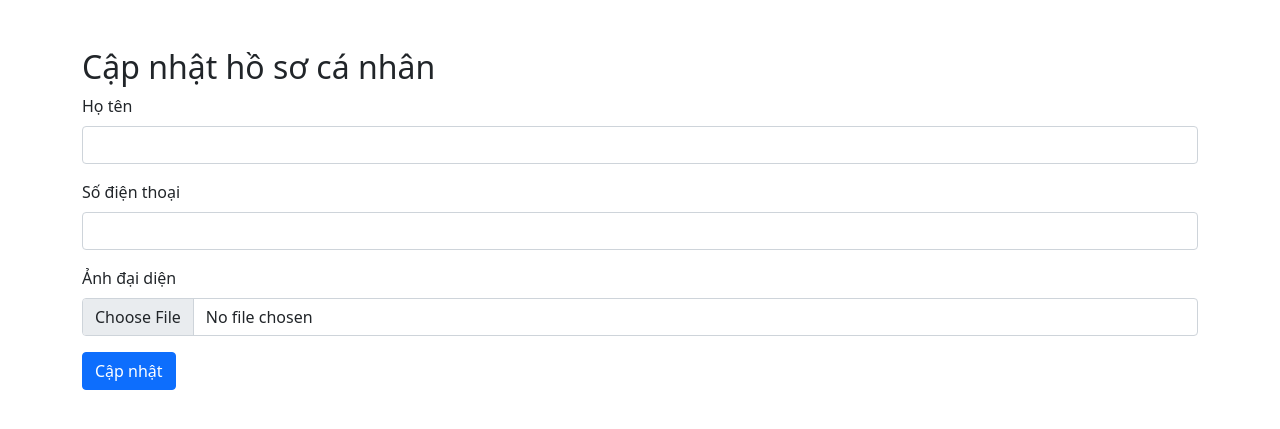
Repository: Carwyn1101/NguyenDinhHongPhuc_22133041
Page: http://localhost/LapTrinhWeb/views/profile.jsp
An editor plug-in stored every save of this project. The page is shown before and after the next save, followed by the edit.
The browser window is 1280 px wide. The pictures show the whole page.
The page is served by Tomcat 10. Nobody is signed in. The application's start-up code is not run. Other server files are loaded and not shown.

Above is the page before, as saved 2024-09-22 06:15:03.

### LapTrinhWeb/src/main/webapp/views/profile.jsp
<%@ page language="java" contentType="text/html; charset=UTF-8"
    pageEncoding="UTF-8"%>
<%@ taglib prefix="c" uri="http://java.sun.com/jsp/jstl/core"%>
<!DOCTYPE html>
<html>
<head>
    <meta charset="UTF-8">
    <title>Chỉnh sửa hồ sơ</title>
    <link href="https://cdn.jsdelivr.net/npm/bootstrap@5.0.2/dist/css/bootstrap.min.css" rel="stylesheet">
</head>
<body>
    <div class="container mt-5">
        <h2>Cập nhật hồ sơ cá nhân</h2>
        <form action="${pageContext.request.contextPath}/profile" method="post" enctype="multipart/form-data">
            <div class="mb-3">
                <label for="fullname" class="form-label">Họ tên</label>
                <input type="text" class="form-control" id="fullname" name="fullname" value="${user.fullname}" required>
            </div>
            <div class="mb-3">
                <label for="phone" class="form-label">Số điện thoại</label>
                <input type="text" class="form-control" id="phone" name="phone" value="${user.phone}" required>
            </div>
            <div class="mb-3">
                <label for="image" class="form-label">Ảnh đại diện</label>
                <input type="file" class="form-control" id="image" name="image">
                <c:if test="${user.image != null}">
                    <img src="${pageContext.request.contextPath}/uploads/${user.image}" width="150" class="mt-3">
                </c:if>
            </div>
            <button type="submit" class="btn btn-primary">Cập nhật</button>
        </form>
    </div>
</body>
</html>

After the next save:
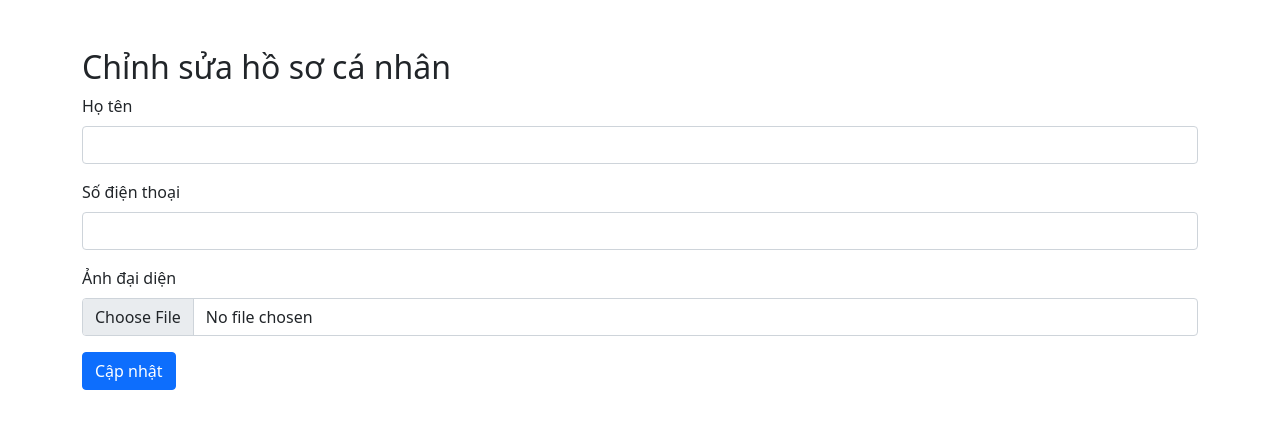
Saved 7 s later.
--- a/LapTrinhWeb/src/main/webapp/views/profile.jsp
+++ b/LapTrinhWeb/src/main/webapp/views/profile.jsp
@@ -10,7 +10,7 @@
 </head>
 <body>
     <div class="container mt-5">
-        <h2>Cập nhật hồ sơ cá nhân</h2>
+        <h2>Chỉnh sửa hồ sơ cá nhân</h2>
         <form action="${pageContext.request.contextPath}/profile" method="post" enctype="multipart/form-data">
             <div class="mb-3">
                 <label for="fullname" class="form-label">Họ tên</label>
